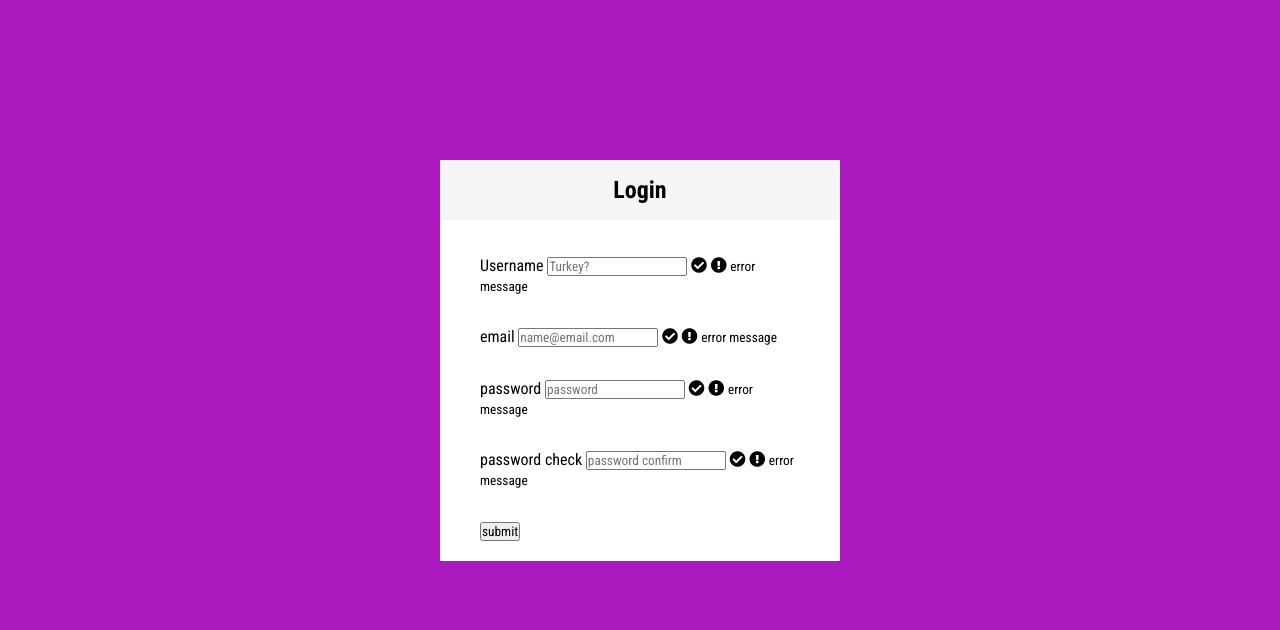
Repository: Abdoulrhman-altyeb/form-_validation-
Page: index.html
An editor plug-in stored every save of this project. The page is shown before and after a run of saves, followed by the edit.
The browser window is 1280 px wide. The pictures show the whole page.

Above is the page before, as saved 2021-05-23 20:47:03.

### index.html
<!DOCTYPE html>
<html lang="en">
<head>
    <meta charset="UTF-8">
    <meta http-equiv="X-UA-Compatible" content="IE=edge">
    <meta name="viewport" content="width=device-width, initial-scale=1.0">
    <link rel="stylesheet" href="style.css">
    <link rel="stylesheet" href="https://cdnjs.cloudflare.com/ajax/libs/font-awesome/5.15.3/css/all.min.css"
        integrity="sha512-iBBXm8fW90+nuLcSKlbmrPcLa0OT92xO1BIsZ+ywDWZCvqsWgccV3gFoRBv0z+8dLJgyAHIhR35VZc2oM/gI1w=="
        crossorigin="anonymous" referrerpolicy="no-referrer" />
    <script src="script.js" defer></script>
    <title>form validation</title>
</head>
<body>
    <div class="container">
        <div class="header">
            <h2>Login</h2>
        </div>
        <form class="form">
            <div class="form-control">
                <label for="username">Username</label>
                <input type="text" placeholder="Turkey?" id="username">
                <i class="fa fa-check-circle"></i>
                <i class="fa fa-exclamation-circle"></i>
                <small>error message</small>
            </div>
            <div class="form-control">
                <label for="email">email</label>
                <input type="email" placeholder="name@email.com" id="email">
                <i class="fa fa-check-circle"></i>
                <i class="fa fa-exclamation-circle"></i>
                <small>error message</small>
            </div>
            <div class="form-control">
                <label for="password">password</label>
                <input type="password" placeholder="password" id="password">
                <i class="fa fa-check-circle"></i>
                <i class="fa fa-exclamation-circle"></i>
                <small>error message</small>
            </div>
            <div class="form-control">
                <label for="password2">password check</label>
                <input type="password" placeholder="password confirm" id="password2">
                <i class="fa fa-check-circle"></i>
                <i class="fa fa-exclamation-circle"></i>
                <small>error message</small>
            </div>
            <button type="submit">submit</button>
        </form>
    </div>
</body>
</html>

### style.css
@import url('https://fonts.googleapis.com/css2?family=Roboto+Condensed:wght@400;700&display=swap');
*{
    padding:0;
    margin:0;
    box-sizing:border-box;
    font-family: 'Roboto Condensed', sans-serif;
}
body{
    display: flex;
    justify-content: center;
    align-items: center;
    min-height:100vh;
    background:rgb(171, 25, 190);
}
.container{
    background:white;
    width:400px;
    display: flex;
    flex-direction: column;
}
.header{
    text-align: center;
    padding:10px 40px;
    padding:1rem;
    background:whitesmoke;
    margin-bottom:1rem;
}
.form{
    padding:20px 40px;
}
.form-control{
    margin-bottom:1rem;
    padding-bottom:1rem;
}

Loaded but not shown: script.js (no copy from this time; the picture is the same without it)

After the next 2 saves:
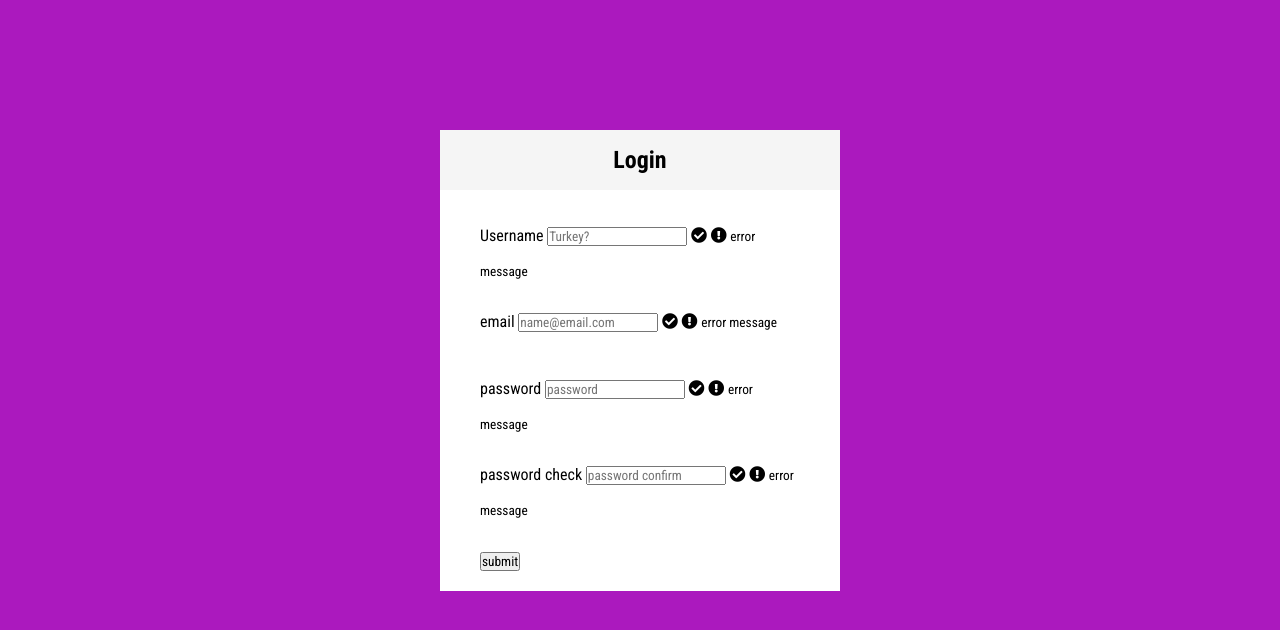
The 2 saves are shown as one change because they came seconds apart.
The last was saved 19 s later.
--- a/style.css
+++ b/style.css
@@ -32,3 +32,7 @@ body{
     margin-bottom:1rem;
     padding-bottom:1rem;
 }
+.form-control label{
+    display: inline-block;
+    margin-bottom:1rem;
+}
